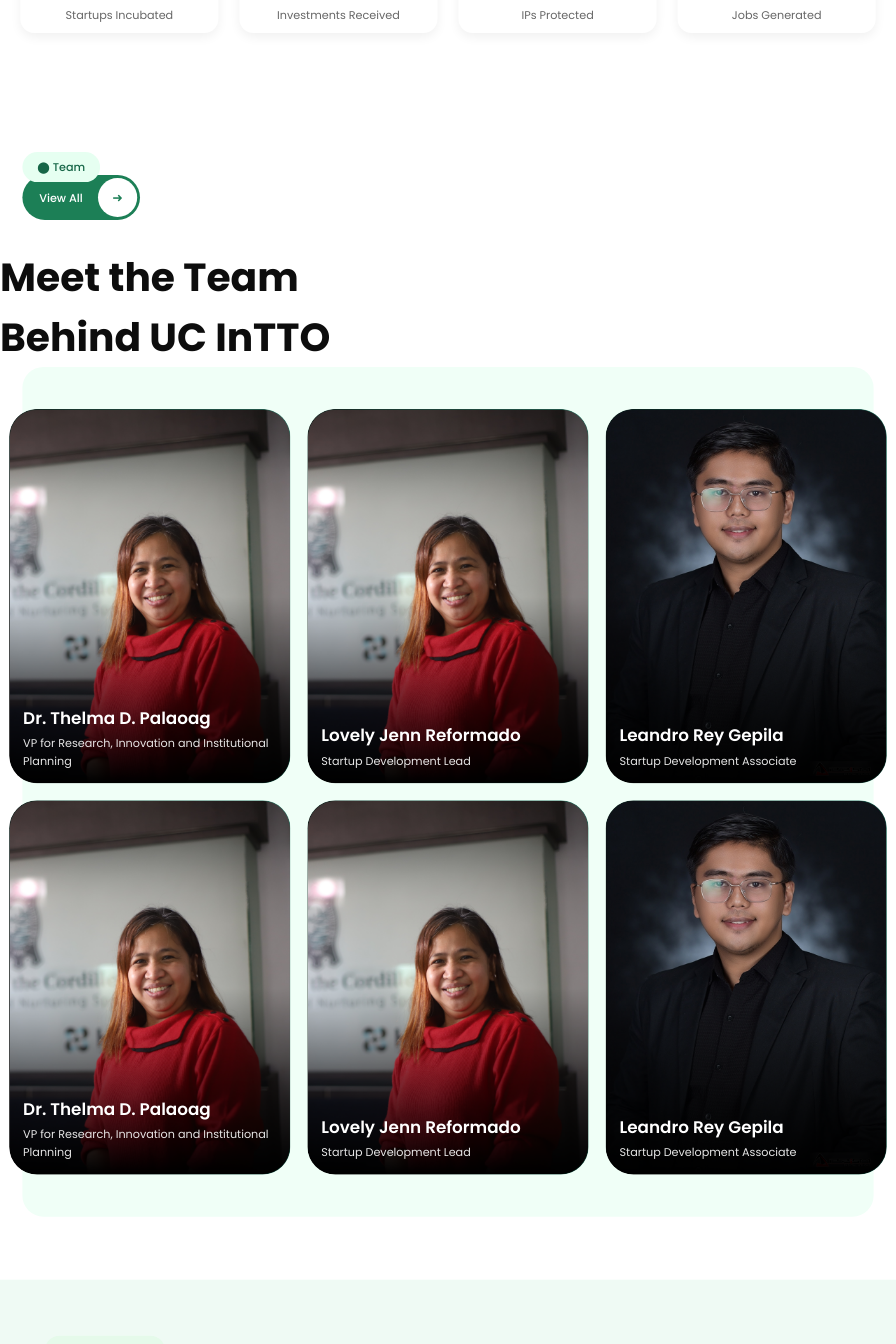
Repository: KharonKade/InTTO-Website
Page: aboutUs.html
An editor plug-in stored every save of this project. The page is shown before and after the next save, followed by the edit.
The browser window is 1280 px wide. The pictures show the part of the page from y = 3493 to 5413 px (the page is 8458 px tall before and 8394 px after), at 70% of full size.

Above is the page before, as saved 2025-10-25 19:40:34.

### aboutUs.html
<!DOCTYPE html>
<html lang="en">
<head>
  <meta charset="UTF-8">
  <meta name="viewport" content="width=device-width, initial-scale=1.0">
  <title>Home</title>
  <link rel="stylesheet" href="css/abouTUs.css">
  <link rel="stylesheet" href="https://cdnjs.cloudflare.com/ajax/libs/font-awesome/6.0.0/css/all.min.css">
  <link href="https://fonts.googleapis.com/css2?family=Poppins:wght@300;400;500;600;700;800&display=swap" rel="stylesheet">
</head>
<body>

  <div class="main-wrapper">
    <div class="navbar">
        <div class="logo">
            <img src="graphics\InTTOLogo.png" alt="logo">
        </div>

        <div class="nav-wrapper">
        <div class="nav-links">
            <a href="index.html">Home</a>
            <a href="aboutUs.html" class="active">About</a>
            <a href="services.html">Services</a>
            <a href="startups.html">Startups</a>
            <a href="events.html">Events</a>
            <a href="">UColab</a>
        </div>
        </div>
        <a href="incubation.html" class="nav-btn">Apply for Incubation <span class="arrow-icon">➜</span></a>
    </div>
  </div>

    <section class="about-section">
        <div class="about-content">
            <h2>About UC InTTO</h2>
            <p>
            At the UC Innovation and Technology Transfer Office (InTTO), our mission is to drive a culture of innovation within the university community, fostering an environment where creativity and forward-thinking thrive among students, faculty, and staff. We nurture the development of ideas from all stakeholders, ensuring a collaborative approach that harnesses a diverse range of perspectives and insights.
            </p>

            <a href="#" class="about-btn">Explore Our Programs <span class="arrow-icon">➜</span></a>
        </div>

        <div class="about-image">
            <img src="graphics/heroImage.jpg" alt="UC Community">
        </div>
    </section>

    <!-- Origins Section -->

    <section class="origins-section">
        <div class="origin-container">
        <div class="origins-image">
            <img src="graphics/handShake.png" alt="Founding Moment">
        </div>

        <div class="origins-content">
            <h2>The UC InTTO traces its origins to June 2021</h2>
            <p>
            when it was established as an integral part of the University following the successful implementation of two key projects:
            the DOST-HEIRIT Project Grant for the Establishment of the UC Innovation and Nurturing Space (UCIANS) and the DOST IMPACT
            Program Grant for the Establishment of the Knowledge and Technology Transfer Office of the University of the Cordilleras (KTTO).<br><br>

            These initiatives, concluded in June 2021 and April 2022, respectively, laid the foundation for InTTO's mission to become a
            pivotal player in the country's innovation ecosystem. Operating under the Office of the Vice President of Research, Innovation
            and Institutional Planning, InTTO aims to foster disruptive and innovative ideas, incubate promising concepts, and facilitate
            intellectual property protection and technology transfer opportunities to address societal challenges effectively. This mission
            is realized through its two subunits: the UC Innovation and Nurturing Space and the Knowledge and Technology Transfer Office.
            </p>

            <a href="#" class="about-btn">Explore Our Programs <span class="arrow-icon">➜</span></a>
        </div>
        </div>
    </section>

    <section class="our-services">
       <!-- Section Title -->
        <h2 class="service-title">Our 2 Core Units</h2>

        <!-- Services Section -->
        <div class="services">

            <!-- Card 1 -->
            <div class="service-card">
                <img src="graphics/services1.png" alt="">
                <h3>UCIANS TBI</h3>
                <p style="color: #1C7F56; font-size: 20px;">UC Innovation and Nurturing Space</p>
                <p>UCIANS TBI aims to nurture ideas and early stage startups by providing startup development services to aid in the development of the startup ecosystem of the Philippines.</p>
            </div>

            <div class="service-card">
                <img src="graphics/services1.png" alt="">
                <h3>UC KTTO</h3>
                <P style="color: #1C7F56; font-size: 20px;">UC Knowledge and Technology Transfer Office </P>
                <p>KTTO functions as the conduit of knowledge and technology housed in the University to the industries through offering IP Protection, IP education, technology transfer, and publication support services to its stakeholders.</p>
            </div>

            <div class="stats-row">
                <div class="stat-card"><span>77</span><p>Startups Incubated</p></div>
                <div class="stat-card"><span>₱11.6M+</span><p>Investments Received</p></div>
                <div class="stat-card"><span>30+</span><p>IPs Protected</p></div>
                <div class="stat-card"><span>28</span><p>Jobs Generated</p></div>
            </div>
        </div>
   </section>


   <div class="team-header">
        <div class="team-label">
        <span>⬤ Team</span>
        </div>
        <a href="#" class="view-all-btn">View All <span class="arrow-icon">➜</span></a>
    </div>
    <h2 class="team-title">Meet the Team <br>Behind UC InTTO</h2>
   <section class="team-section">
    <div class="team-cards">
        <!-- Card 1 -->
        <div class="team-card">
        <img src="graphics/drThelma.png" alt="Dr. Thelma D. Palaoag">
        <div class="team-info">
            <h3>Dr. Thelma D. Palaoag</h3>
            <p>VP for Research, Innovation and Institutional Planning</p>
        </div>
        </div>

        <!-- Card 2 -->
        <div class="team-card">
        <img src="graphics/drThelma.png" alt="Lovely Jenn Reformado">
        <div class="team-info">
            <h3>Lovely Jenn Reformado</h3>
            <p>Startup Development Lead</p>
        </div>
        </div>

        <!-- Card 3 -->
        <div class="team-card">
        <img src="graphics/sirLeo.png" alt="Leandro Rey Gepila">
        <div class="team-info">
            <h3>Leandro Rey Gepila</h3>
            <p>Startup Development Associate</p>
        </div>
        </div>

        <div class="team-card">
        <img src="graphics/drThelma.png" alt="Dr. Thelma D. Palaoag">
        <div class="team-info">
            <h3>Dr. Thelma D. Palaoag</h3>
            <p>VP for Research, Innovation and Institutional Planning</p>
        </div>
        </div>

        <!-- Card 2 -->
        <div class="team-card">
        <img src="graphics/drThelma.png" alt="Lovely Jenn Reformado">
        <div class="team-info">
            <h3>Lovely Jenn Reformado</h3>
            <p>Startup Development Lead</p>
        </div>
        </div>

        <!-- Card 3 -->
        <div class="team-card">
        <img src="graphics/sirLeo.png" alt="Leandro Rey Gepila">
        <div class="team-info">
            <h3>Leandro Rey Gepila</h3>
            <p>Startup Development Associate</p>
        </div>
        </div>
    </div>
    </section>

    <section class="news-section">
      <div class="news-container">
        <div class="section-label-news">⬤ What's Latest</div>
        <div class="news-wrap">
            <h2 class="section-title-news">News & Events</h2>
            <a href="#" class="news-nav-btn">View More<span class="arrow-icon">➜</span></a>
        </div>

        <div class="news-cards">
          <div class="news-card">
              <img src="graphics/news.png" alt="News Image">
              <div class="news-content">
                  <div class="news-meta">
                      <span class="tag">Competition</span>
                      <span class="date">October 1, 2025</span>
                  </div>
                  <h3 class="news-title">Philippine Startup Challenge 10</h3>
                  <p class="news-desc">Lorem ipsum dolor sit amet, consectetur adipisicing elit, sed do eiusmod tempor incididunt ut labore et dolore magna aliqua...</p>
                  <a href="#" class="read-more">Read More →</a>
              </div>
          </div>
          <div class="news-card">
              <img src="graphics/news.png" alt="News Image">
              <div class="news-content">
                  <div class="news-meta">
                      <span class="tag">Competition</span>
                      <span class="date">October 1, 2025</span>
                  </div>
                  <h3 class="news-title">Philippine Startup Challenge 10</h3>
                  <p class="news-desc">Lorem ipsum dolor sit amet, consectetur adipisicing elit, sed do eiusmod tempor incididunt ut labore et dolore magna aliqua...</p>
                  <a href="#" class="read-more">Read More →</a>
              </div>
          </div>
          <div class="news-card">
              <img src="graphics/news.png" alt="News Image">
              <div class="news-content">
                  <div class="news-meta">
                      <span class="tag">Competition</span>
                      <span class="date">October 1, 2025</span>
                  </div>
                  <h3 class="news-title">Philippine Startup Challenge 10</h3>
                  <p class="news-desc">Lorem ipsum dolor sit amet, consectetur adipisicing elit, sed do eiusmod tempor incididunt ut labore et dolore magna aliqua...</p>
                  <a href="#" class="read-more">Read More →</a>
              </div>
          </div>
        </div>
      </div>
    </section>

    <section class="contact-section">
      <h2 class="contact-title">Contact Us</h2>

      <div class="contact-wrapper">
          <!-- Left Info -->
          <div class="contact-info">
              <div class="info-block">
                  <h3>Address</h3>
                  <p>UCIANS TBI, Basement 1, UC Legarda Campus,<br>Legarda Road, Baguio City</p>
              </div>

              <div class="info-block">
                  <h3>Email</h3>
                  <p>intto@uc-bcf.edu.ph</p>
              </div>

              <div class="info-block">
                  <h3>Social Media</h3>
                  <div class="social-icons">
                      <a href="#"><i class="fab fa-facebook-f"></i></a>
                      <a href="#"><i class="fab fa-instagram"></i></a>
                      <a href="#"><i class="fas fa-envelope"></i></a>
                  </div>
              </div>
          </div>

          <!-- Contact Form -->
          <form class="contact-form">
              <div class="form-group">
                  <label>Name</label>
                  <input type="text" placeholder="Enter your Name">
              </div>

              <div class="form-group">
                  <label>Email</label>
                  <input type="email" placeholder="Enter your Email">
              </div>

              <div class="form-group">
                  <label>Subject</label>
                  <input type="text" placeholder="Enter the subject of your message">
              </div>

              <div class="form-group">
                  <label>Message</label>
                  <textarea placeholder="Write your message here (e.g., I'd like to collaborate on a startup project or ask about incubation programs.)"></textarea>
              </div>

              <button type="submit" class="contact-btn">
                  Send Message <span class="arrow-contact">➜</span>
              </button>
          </form>
      </div>
    </section>

    <section class="closing-section">

      <!-- Green CTA Box -->
      <div class="cta-box">
        <h2>Let’s turn your ideas into impact!</h2>
        <p>Reach out today and become part of UC’s growing community<br>of innovators and changemakers.</p>
        <div class="cta-buttons">
          <a href="#" class="cta-btn">Apply for Incubation</a>
          <a href="#" class="cta-btn">Join a Startup Team</a>
        </div>
      </div>

      <!-- Logo + Tagline Row -->
      <div class="footer-row">
        <div class="footer-logo">
          <!-- Placeholder Logo (replace with your real <img>) -->
          <img src="graphics/InTTOLogoGreen.png" alt="Logo" class="footer-logo-img">
        </div>

        <div class="footer-tagline">
          Driving the Culture of Innovation
        </div>
      </div>
    </section>

    <div class="footer-divider"></div>

    <footer class="footer-section">
      <div class="footer-top">

        <!-- Services -->
        <div class="footer-column">
          <h4>Our Services</h4>
          <ul>
              <li><a href="services.html">Incubation Programs</a></li>
              <li><a href="intellectual-property.html">Intellectual Property</a></li>
              <li><a href="tbi-assessment.html">TBI Assessment</a></li>
              <li><a href="train-the-trainers.html">Train the Trainers</a></li>
              <li><a href="internship.html">Internship</a></li>
          </ul>
      </div>

      <div class="footer-column">
          <h4>Startups</h4>
          <ul>
              <li><a href="services.html">Startup Portfolio</a></li>
              <li><a href="services.html">Join a Team</a></li>
              <li><a href="services.html">Be a Mentor</a></li>
          </ul>
      </div>

        <!-- Contact Info -->
        <div class="footer-column">
          <h4>Contact Info</h4>
          <div class="social-links">
            <a href="#" class="social-icon"><i class="fab fa-facebook-f"></i></a>
            <a href="#" class="social-icon"><i class="fab fa-instagram"></i></a>
            <a href="#" class="social-icon"><i class="fas fa-envelope"></i></a>
          </div>
        </div>

        <!-- Map -->
        <div class="footer-column">
          <h4>Visit Us</h4>
          <div class="map-container">
            <iframe src="https://www.google.com/maps/embed?pb=!1m18!1m12!1m3!1d537.8547548220233!2d120.59130577428844!3d16.4101724118376!2m3!1f0!2f0!3f0!3m2!1i1024!2i768!4f13.1!3m3!1m2!1s0x3391a10062bd2aaf%3A0x4a6a895d930a3b3b!2sUniversity%20of%20the%20Cordilleras%20Innovation%20and%20Technology%20Transfer%20Office!5e1!3m2!1sen!2sph!4v1760499396401!5m2!1sen!2sph" width="388" height="224" style="border:0;" allowfullscreen="" loading="lazy" referrerpolicy="no-referrer-when-downgrade"></iframe>
          </div>
        </div>
      </div>

      <div class="footer-divider bottom-line"></div>
      <div class="footer-bottom">
        <p>© 2025 University of the Cordilleras Innovation & Technology Transfer Office. All rights reserved.</p>
      </div>
    </footer>

  <script>
    const navLinks = document.querySelectorAll('.nav-links a');

    navLinks.forEach(link => {
        link.addEventListener('click', function () {
        // Remove active class from all links
        navLinks.forEach(nav => nav.classList.remove('active'));
        // Add active class to the clicked link
        this.classList.add('active');
        });
    });
    </script>
</body>
</html>

Loaded but not shown: css/aboutUs.css (1116 lines, source omitted)

After the next save:
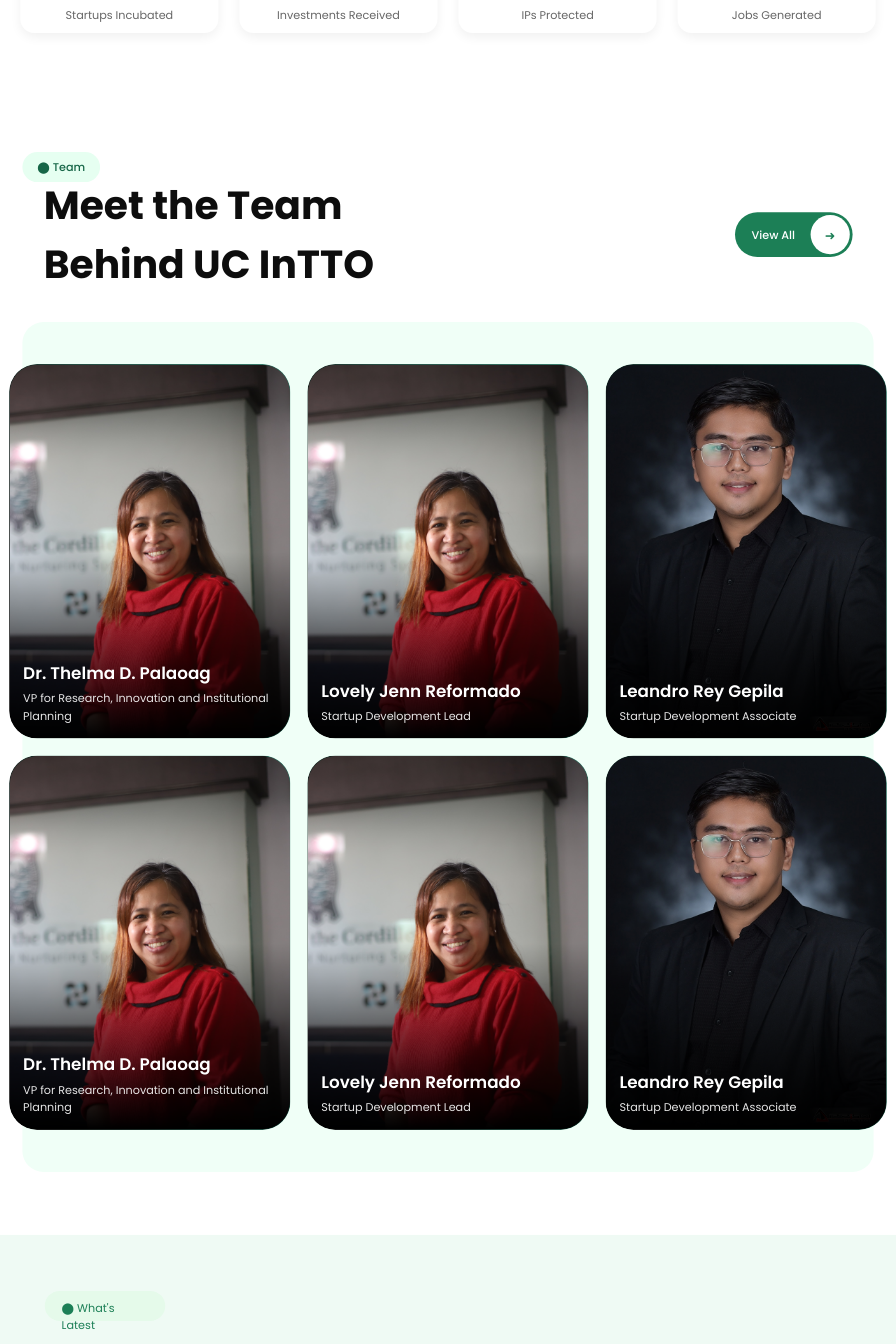
Saved 16 s later.
--- a/aboutUs.html
+++ b/aboutUs.html
@@ -105,68 +105,65 @@
 
 
    <div class="team-header">
-        <div class="team-label">
+    <div class="team-label">
         <span>⬤ Team</span>
-        </div>
+    </div>
+    <div class="team-title-container">
+        <h2 class="team-title">Meet the Team <br>Behind UC InTTO</h2>
         <a href="#" class="view-all-btn">View All <span class="arrow-icon">➜</span></a>
     </div>
-    <h2 class="team-title">Meet the Team <br>Behind UC InTTO</h2>
-   <section class="team-section">
+</div>
+<section class="team-section">
     <div class="team-cards">
-        <!-- Card 1 -->
-        <div class="team-card">
-        <img src="graphics/drThelma.png" alt="Dr. Thelma D. Palaoag">
-        <div class="team-info">
-            <h3>Dr. Thelma D. Palaoag</h3>
-            <p>VP for Research, Innovation and Institutional Planning</p>
-        </div>
-        </div>
-
-        <!-- Card 2 -->
-        <div class="team-card">
-        <img src="graphics/drThelma.png" alt="Lovely Jenn Reformado">
-        <div class="team-info">
-            <h3>Lovely Jenn Reformado</h3>
-            <p>Startup Development Lead</p>
-        </div>
-        </div>
-
-        <!-- Card 3 -->
-        <div class="team-card">
-        <img src="graphics/sirLeo.png" alt="Leandro Rey Gepila">
-        <div class="team-info">
-            <h3>Leandro Rey Gepila</h3>
-            <p>Startup Development Associate</p>
-        </div>
-        </div>
-
-        <div class="team-card">
-        <img src="graphics/drThelma.png" alt="Dr. Thelma D. Palaoag">
-        <div class="team-info">
-            <h3>Dr. Thelma D. Palaoag</h3>
-            <p>VP for Research, Innovation and Institutional Planning</p>
-        </div>
-        </div>
-
-        <!-- Card 2 -->
-        <div class="team-card">
-        <img src="graphics/drThelma.png" alt="Lovely Jenn Reformado">
-        <div class="team-info">
-            <h3>Lovely Jenn Reformado</h3>
-            <p>Startup Development Lead</p>
-        </div>
-        </div>
-
-        <!-- Card 3 -->
-        <div class="team-card">
-        <img src="graphics/sirLeo.png" alt="Leandro Rey Gepila">
-        <div class="team-info">
-            <h3>Leandro Rey Gepila</h3>
-            <p>Startup Development Associate</p>
-        </div>
+        <div class="team-card">
+            <img src="graphics/drThelma.png" alt="Dr. Thelma D. Palaoag">
+            <div class="team-info">
+                <h3>Dr. Thelma D. Palaoag</h3>
+                <p>VP for Research, Innovation and Institutional Planning</p>
+            </div>
+        </div>
+
+        <div class="team-card">
+            <img src="graphics/drThelma.png" alt="Lovely Jenn Reformado">
+            <div class="team-info">
+                <h3>Lovely Jenn Reformado</h3>
+                <p>Startup Development Lead</p>
+            </div>
+        </div>
+
+        <div class="team-card">
+            <img src="graphics/sirLeo.png" alt="Leandro Rey Gepila">
+            <div class="team-info">
+                <h3>Leandro Rey Gepila</h3>
+                <p>Startup Development Associate</p>
+            </div>
+        </div>
+
+        <div class="team-card">
+            <img src="graphics/drThelma.png" alt="Dr. Thelma D. Palaoag">
+            <div class="team-info">
+                <h3>Dr. Thelma D. Palaoag</h3>
+                <p>VP for Research, Innovation and Institutional Planning</p>
+            </div>
+        </div>
+
+        <div class="team-card">
+            <img src="graphics/drThelma.png" alt="Lovely Jenn Reformado">
+            <div class="team-info">
+                <h3>Lovely Jenn Reformado</h3>
+                <p>Startup Development Lead</p>
+            </div>
+        </div>
+
+        <div class="team-card">
+            <img src="graphics/sirLeo.png" alt="Leandro Rey Gepila">
+            <div class="team-info">
+                <h3>Leandro Rey Gepila</h3>
+                <p>Startup Development Associate</p>
+            </div>
         </div>
     </div>
-    </section>
+</section>
 
     <section class="news-section">
       <div class="news-container">
